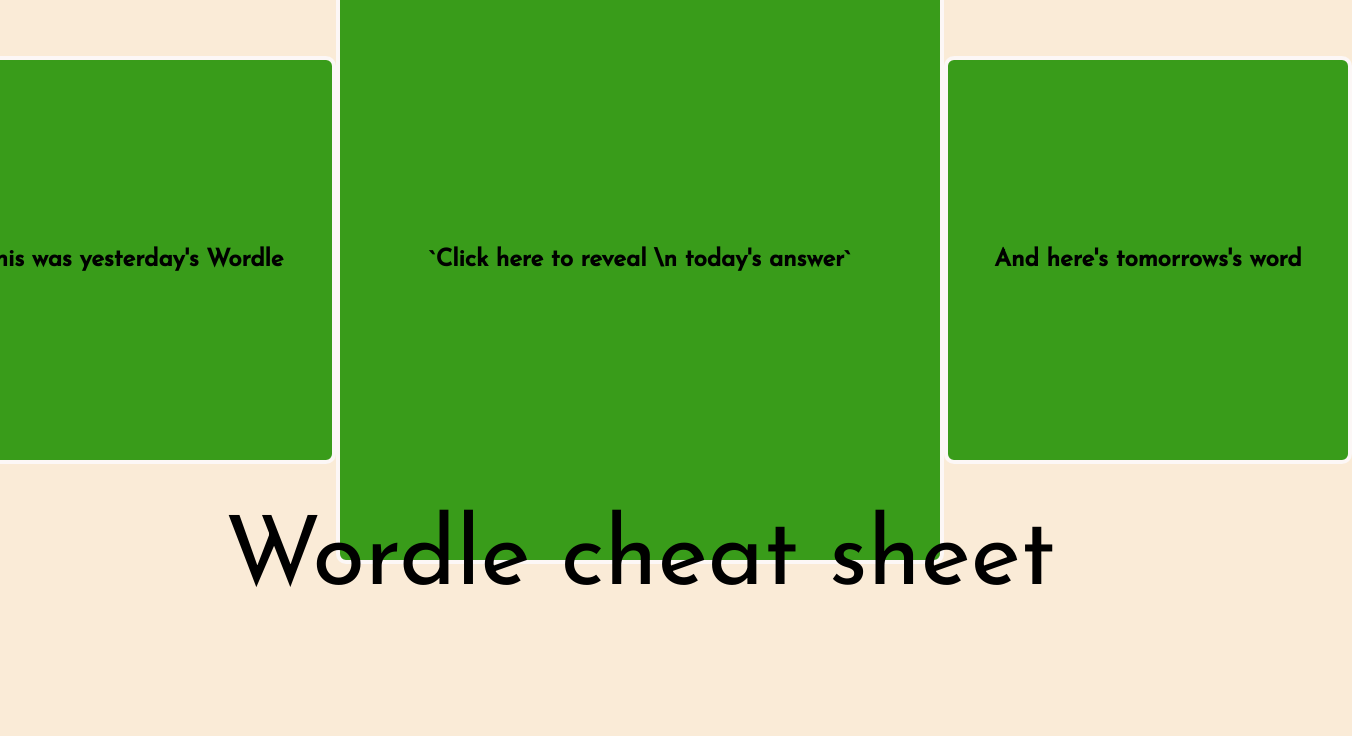
Repository: enoripl/tomorrows-wordle
Page: index.html
An editor plug-in stored every save of this project. The page is shown before and after the next save, followed by the edit.
The browser window is 1280 px wide. The page is 1352 px wide, so the pictures cover 1352 px, including what lies to the right of the window. The pictures show the whole page.

Above is the page before, as saved 2022-02-09 17:02:57.

After the next save:
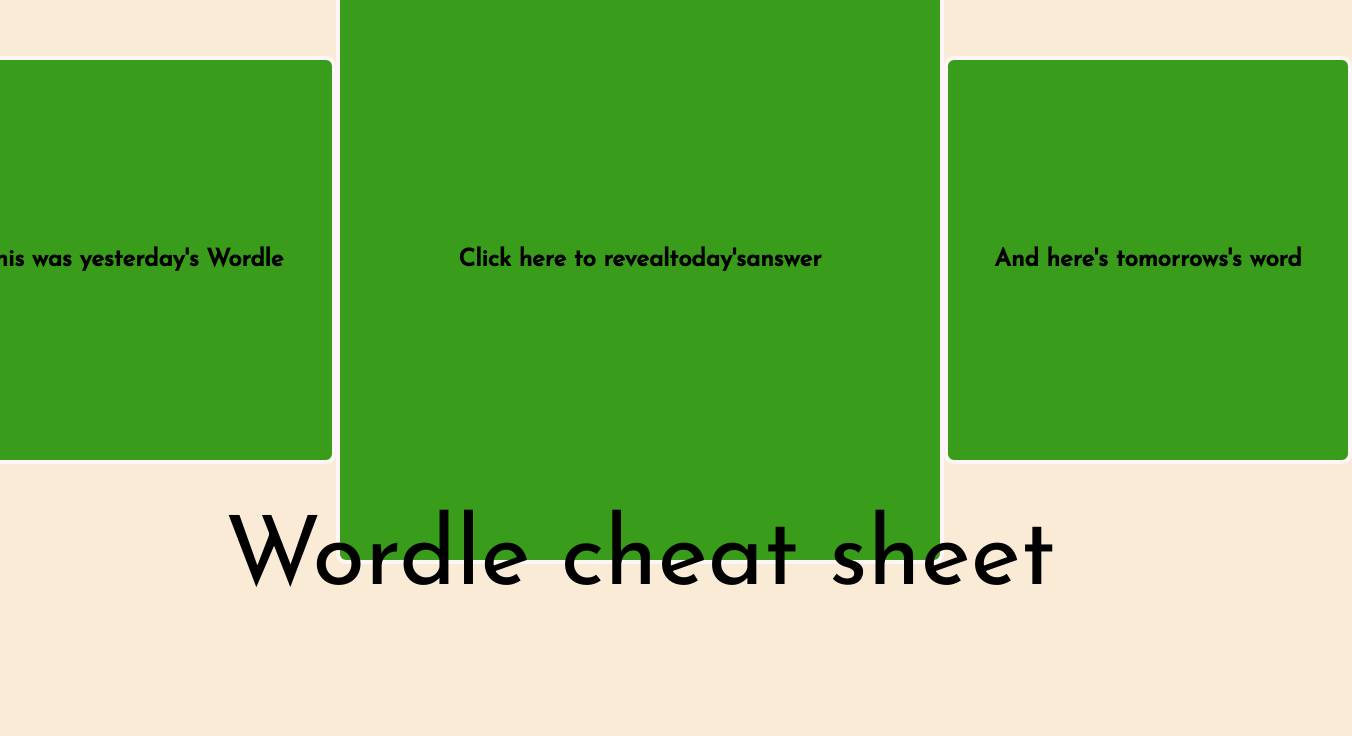
Saved 78 s later.
--- a/index.html
+++ b/index.html
@@ -16,7 +16,7 @@
             This was yesterday's Wordle
           </div>
           <div class="answer-btns" id="todays-btn">
-            `Click here to reveal \n today's answer`
+            <p>Click here to reveal</p><p> today's</p> <p>answer</p>
           </div>
           <div class="answer-btns" id="tomorrows-btn">
             And here's tomorrows's word
